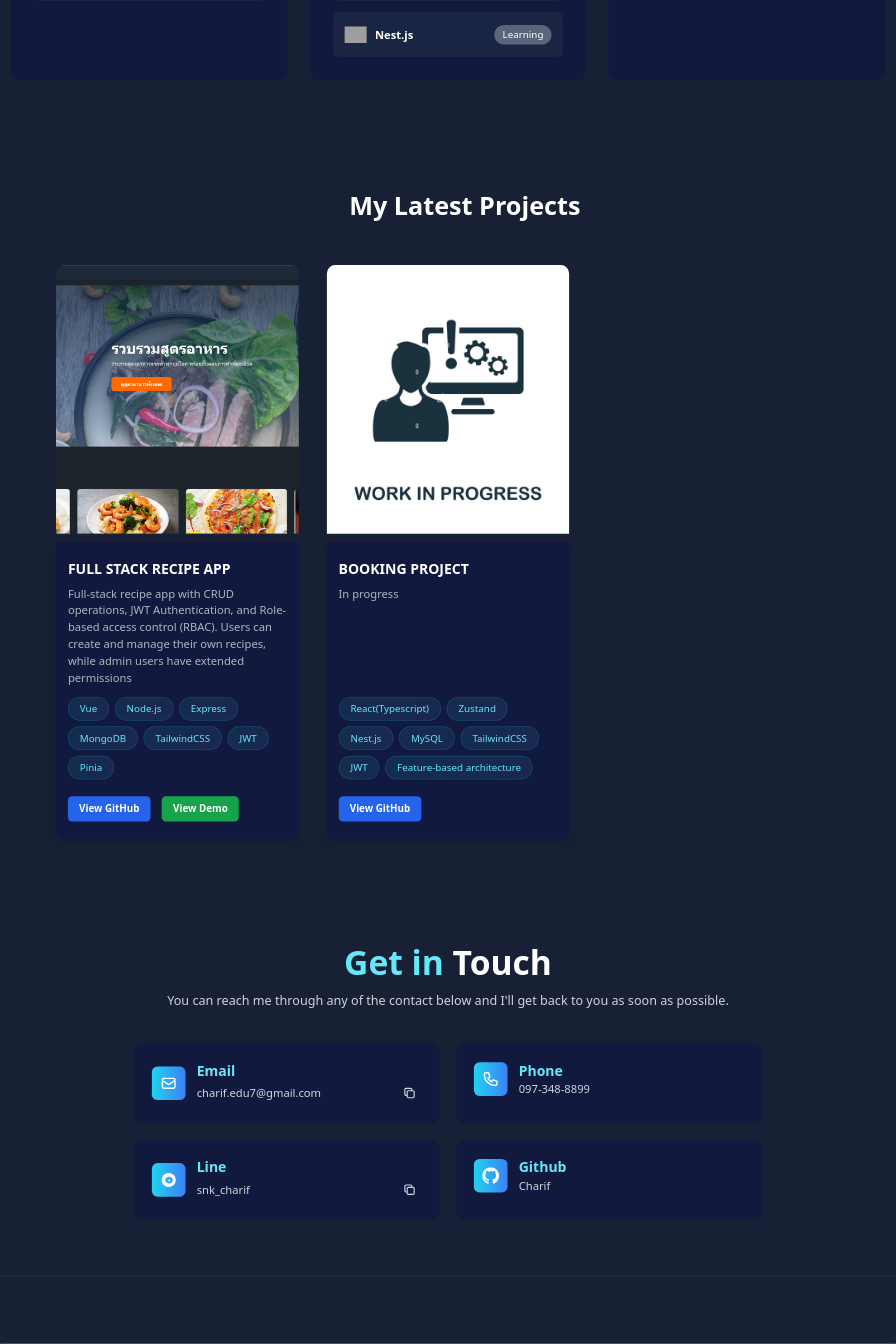
Repository: Charifx7/MyPortfolio
Page: /
An editor plug-in stored every save of this project. The page is shown before and after the next save, followed by the edit.
The browser window is 1280 px wide. The pictures show the part of the page from y = 1592 to 3512 px (the page is 3512 px tall), at 70% of full size.
Pictures or frames that could not be fetched are drawn as grey boxes. The project was rebuilt for these pictures with package versions that can differ from the ones it lists, and the page was loaded fresh each time. Also part of the build but not shown: vite.config.js.

Above is the page before, as saved 2026-02-14 10:52:53.

After the next save:
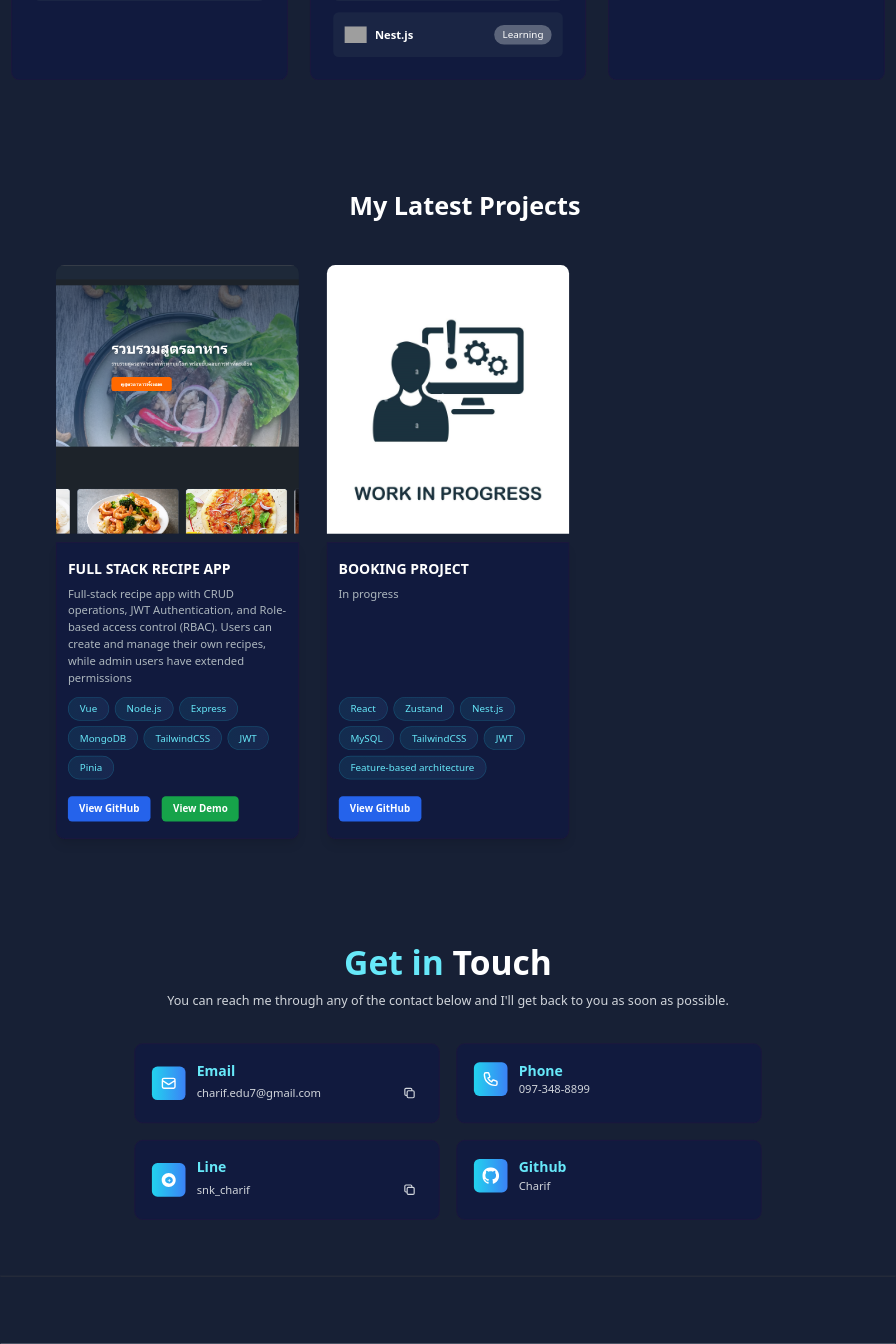
Saved 9 s later.
--- a/src/components/LatestProjSection.vue
+++ b/src/components/LatestProjSection.vue
@@ -65,7 +65,7 @@ const Projects = ref([
         image: '/assets/project0.jpg',
         title: 'Booking Project',
         description: 'In progress',
-        technologies: ['React(Typescript)', 'Zustand', 'Nest.js','MySQL','TailwindCSS','JWT','Feature-based architecture'],
+        technologies: ['React', 'Zustand', 'Nest.js','MySQL','TailwindCSS','JWT','Feature-based architecture'],
         gitURL: 'https://github.com/Charifx7',
         webURL: ''
     },
